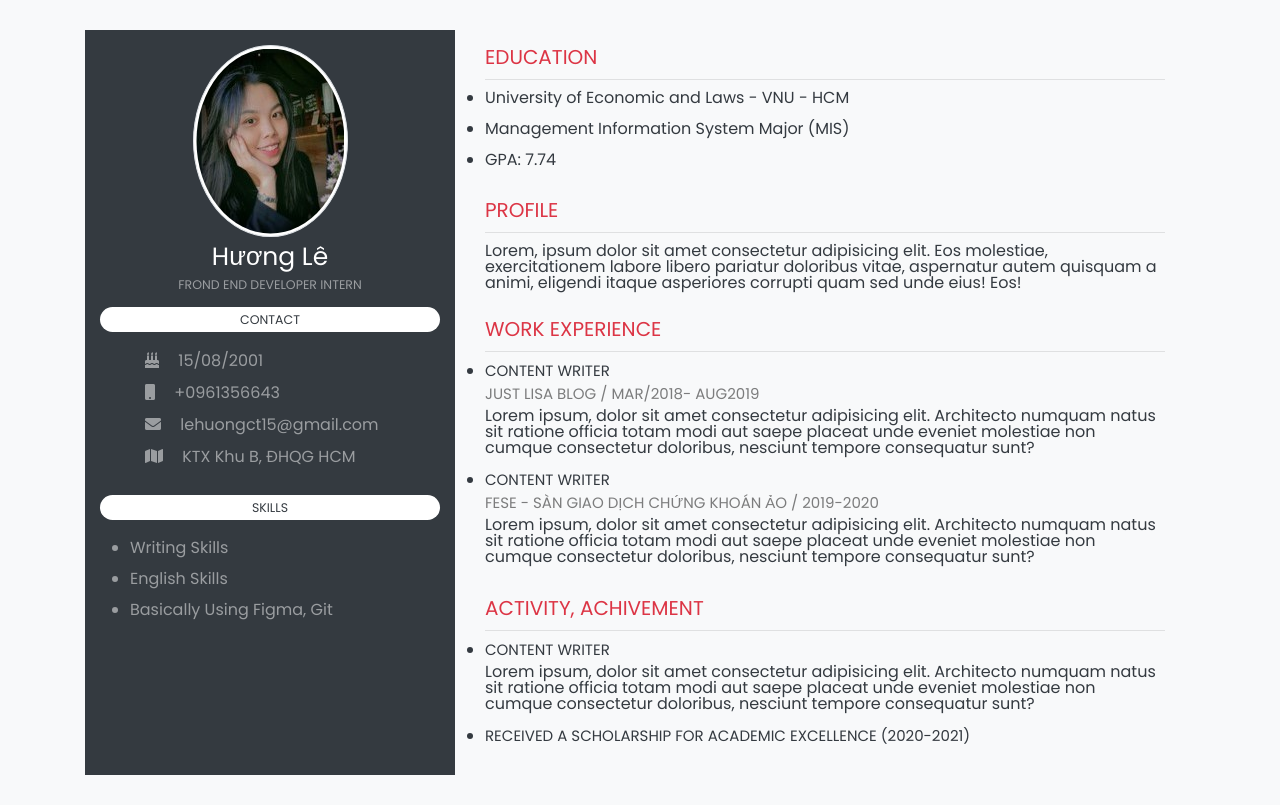
Repository: huongle158/cvhuongle
Page: index.html
These files come from the project's save history. The page is drawn as it stood at one moment and after the next save; the edit follows.
The browser window is 1280 px wide. The pictures show the whole page.
Some web libraries are served in a nearby version.

Above is the page before, as saved 2021-12-13 00:07:13.

After the next save:
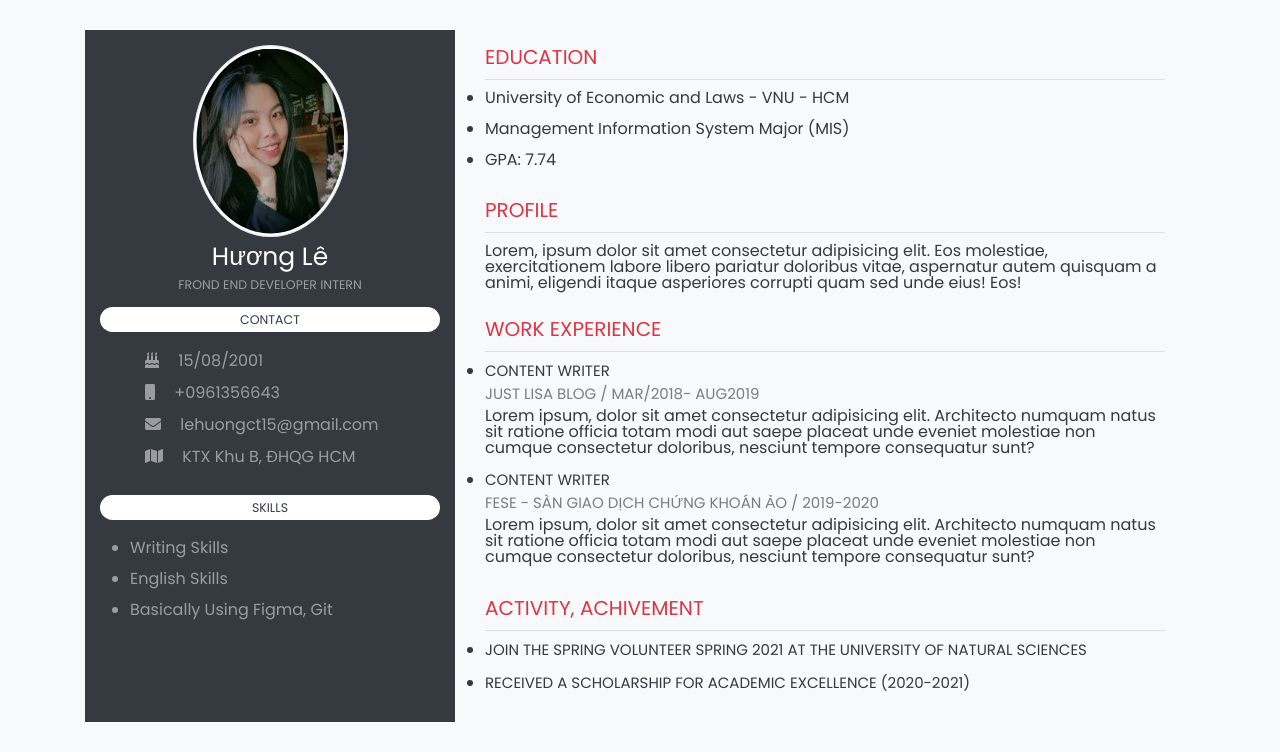
Saved 93 s later.
--- a/index.html
+++ b/index.html
@@ -115,8 +115,7 @@
                 <hr>
                 <ul class="list">
                 <li class="list-item mb-4">
-                    <h4 class="display-6 text-uppercase">Content Writer</h4>
-                    <p>Lorem ipsum, dolor sit amet consectetur adipisicing elit. Architecto numquam natus sit ratione officia totam modi aut saepe placeat unde eveniet molestiae non cumque consectetur doloribus, nesciunt tempore consequatur sunt?</p>
+                    <h4 class="display-6 text-uppercase">Join the Spring Volunteer Spring 2021 at the University of Natural Sciences</h4>
                 </li>
                  <li class="list-item mb-4">
                     <h4 class="display-6 text-uppercase">Received a scholarship for academic excellence (2020-2021)</h4>
